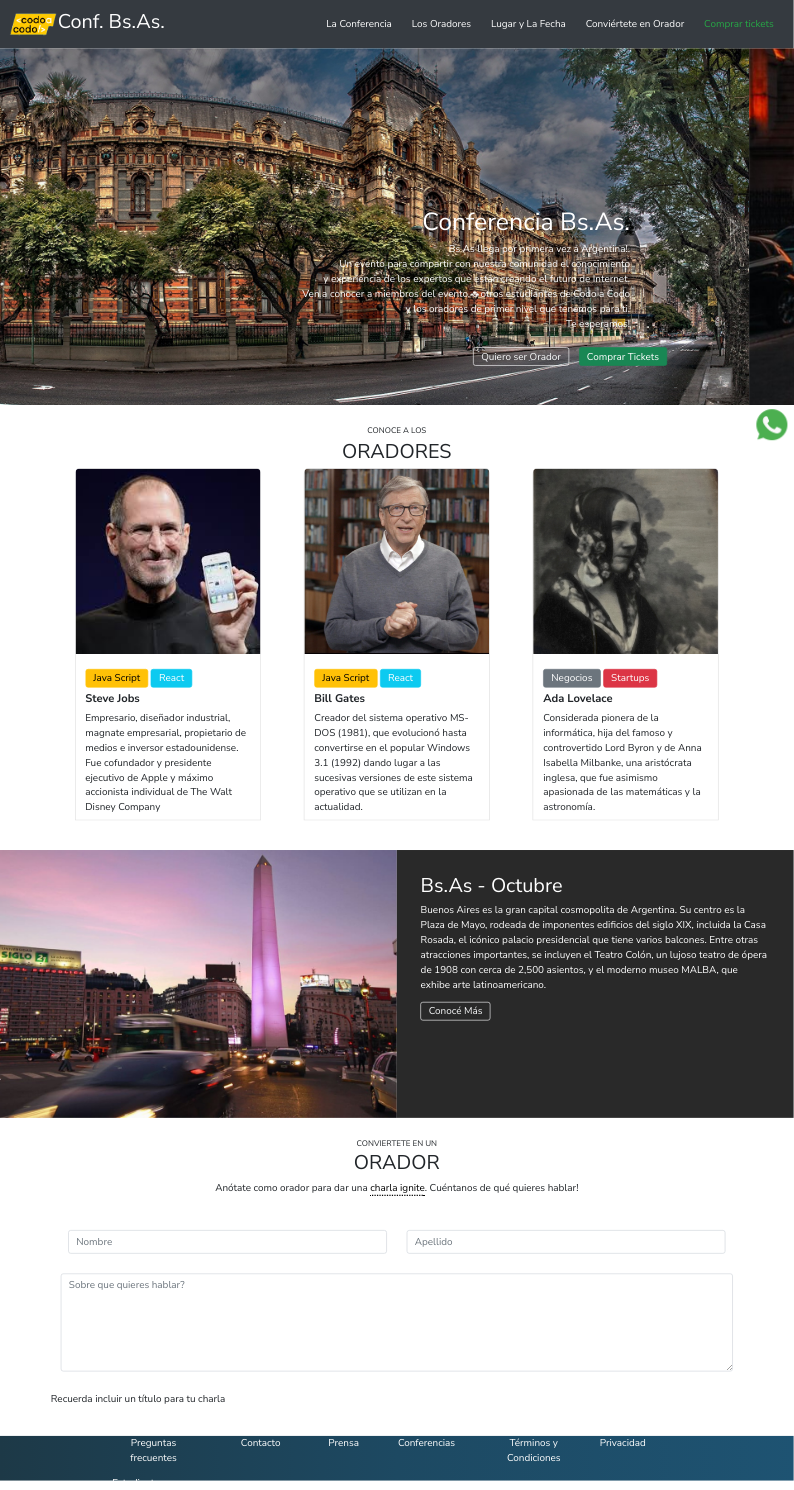
Repository: Melire/trabajo-final-BS
Page: index.html
An editor plug-in stored every save of this project. The page is shown before and after the next save, followed by the edit.
The browser window is 1280 px wide. The pictures show the whole page, at 62% of full size.

Above is the page before, as saved 2023-05-11 10:08:54.

After the next save:
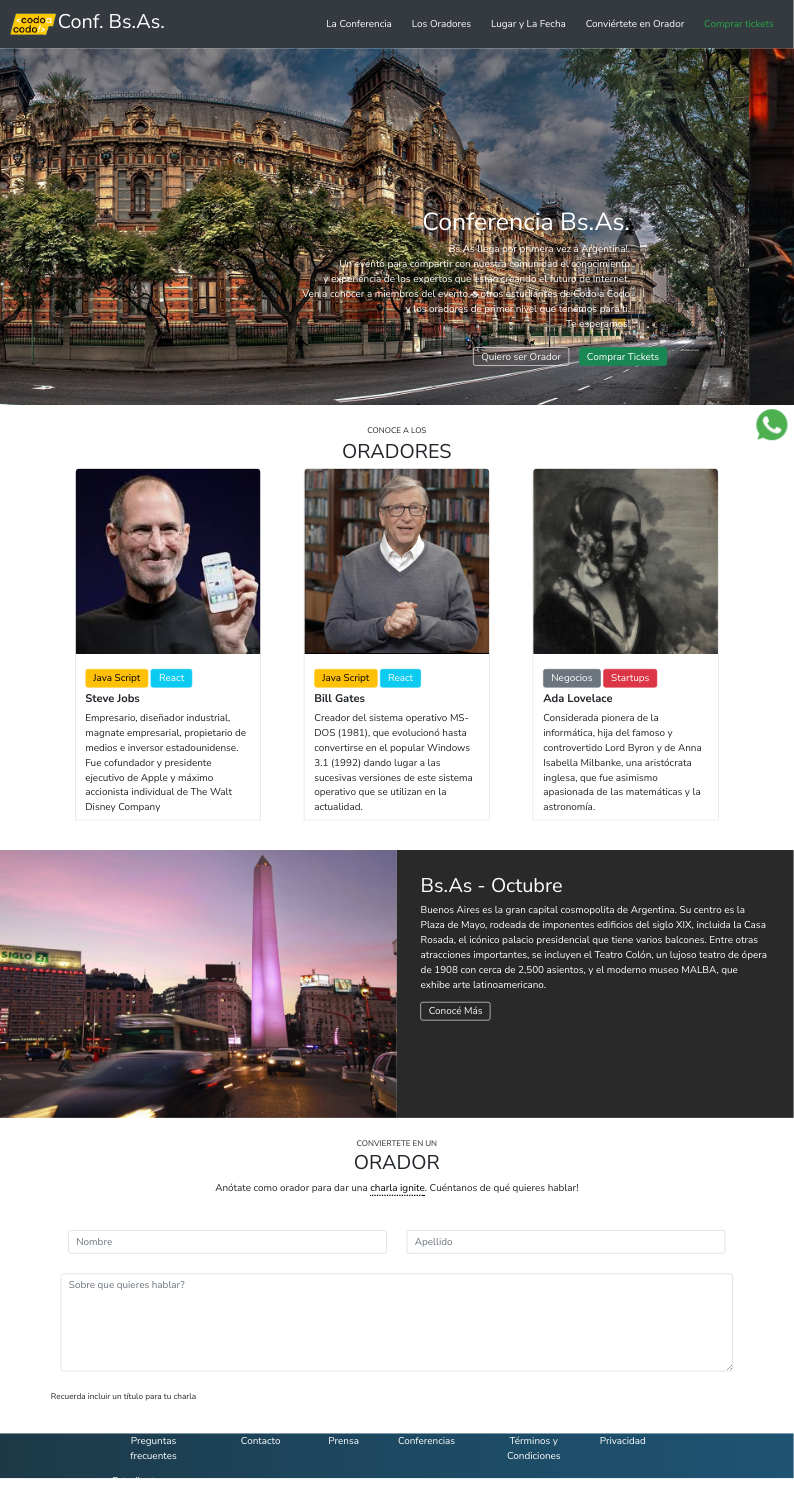
Saved 14 s later.
--- a/css/estilos3.css
+++ b/css/estilos3.css
@@ -223,7 +223,7 @@
 
 .finalForm {
     text-align: left;
-    font-size: smaller5;
+    font-size: smaller;
     margin-bottom: 0.2rem;
 }
 
